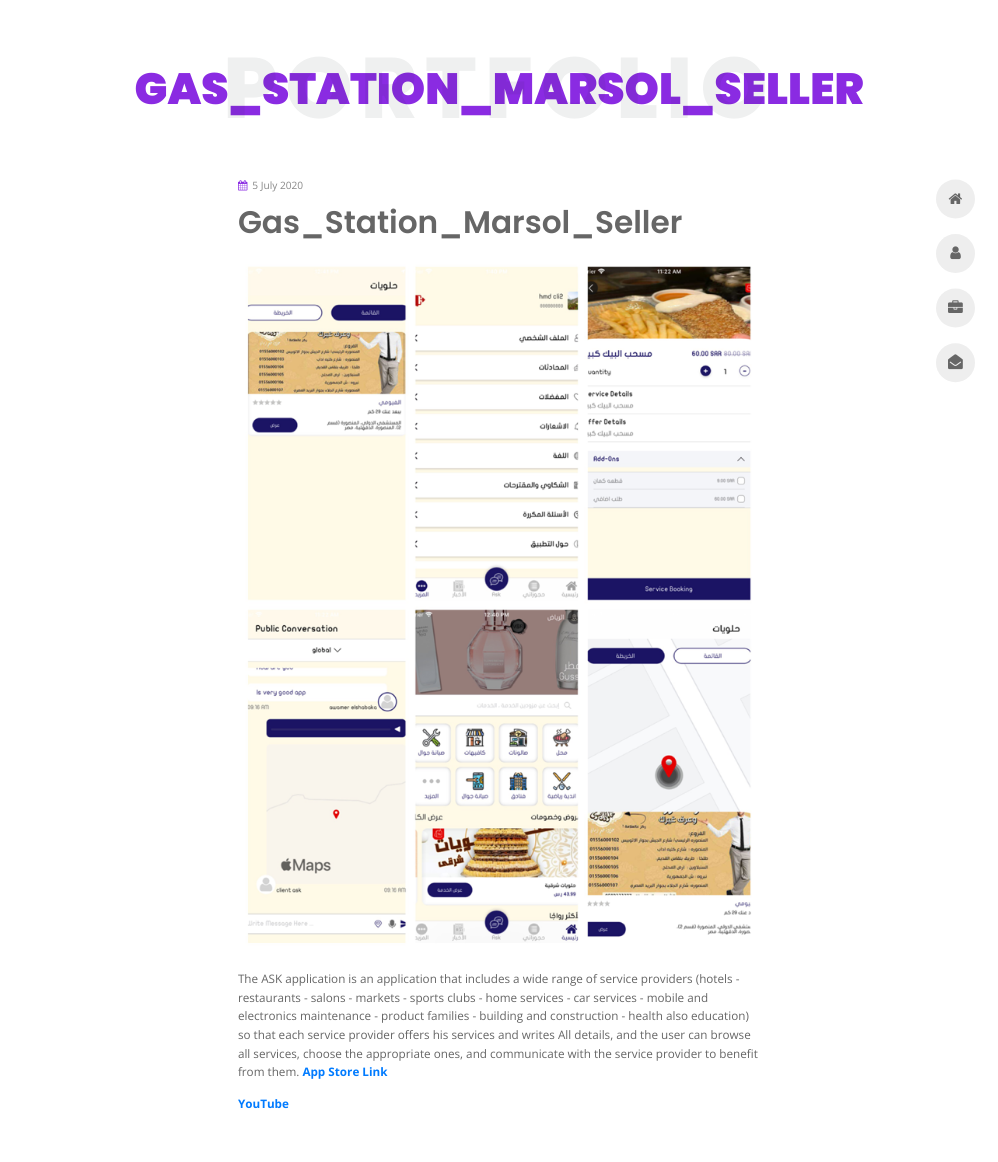
Repository: mhamdimno/mywebsite
Page: projects/gas_station_marsol_seller/index.html
The author's editor kept a copy of each file at every save. The page is drawn from the files as they stood at one save, then again after the next save.
The browser window is 1280 px wide. The pictures show the whole page, at 78% of full size.

Above is the page before, as saved 2022-02-20 12:06:13.

After the next save:
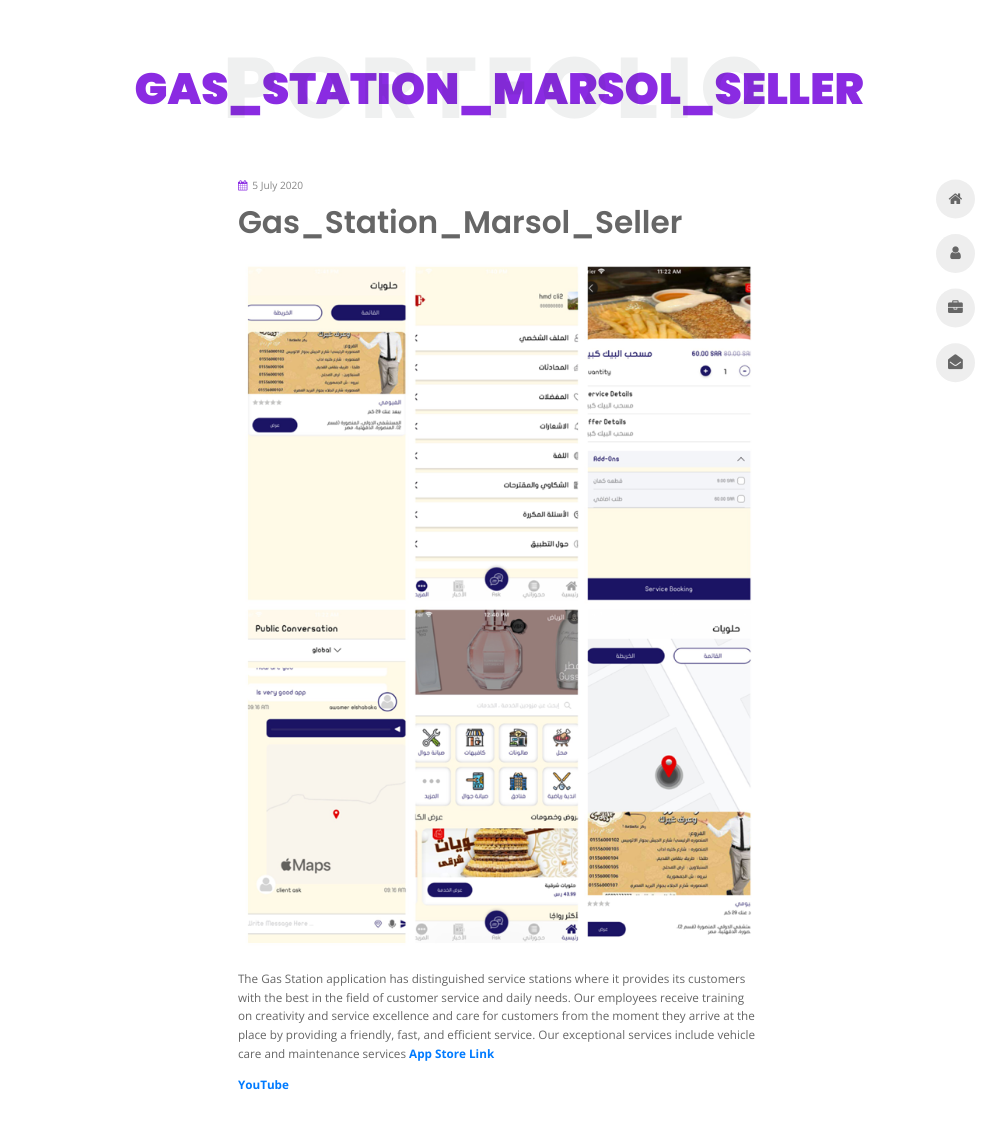
Saved 7 min 16 s later.
--- a/projects/gas_station_marsol_seller/index.html
+++ b/projects/gas_station_marsol_seller/index.html
@@ -96,8 +96,7 @@
                 <img src="../../img/projects/Ask.jpg" class="img-fluid" alt="Blog image"/>
                 <div class="blog-excerpt open-sans-font pb-5">
                     <p>
-
-                        The ASK application is an application that includes a wide range of service providers (hotels - restaurants - salons - markets - sports clubs - home services - car services - mobile and electronics maintenance - product families - building and construction - health also education) so that each service provider offers his services and writes All details, and the user can browse all services, choose the appropriate ones, and communicate with the service provider to benefit from them.
+                        The Gas Station application has distinguished service stations where it provides its customers with the best in the field of customer service and daily needs. Our employees receive training on creativity and service excellence and care for customers from the moment they arrive at the place by providing a friendly, fast, and efficient service. Our exceptional services include vehicle care and maintenance services
                         <strong><a href="https://apps.apple.com/us/app/ask-client/id1565119903" target="_blank">App Store Link</a></strong>
 
                         <!--<div class="videoWrapper">
